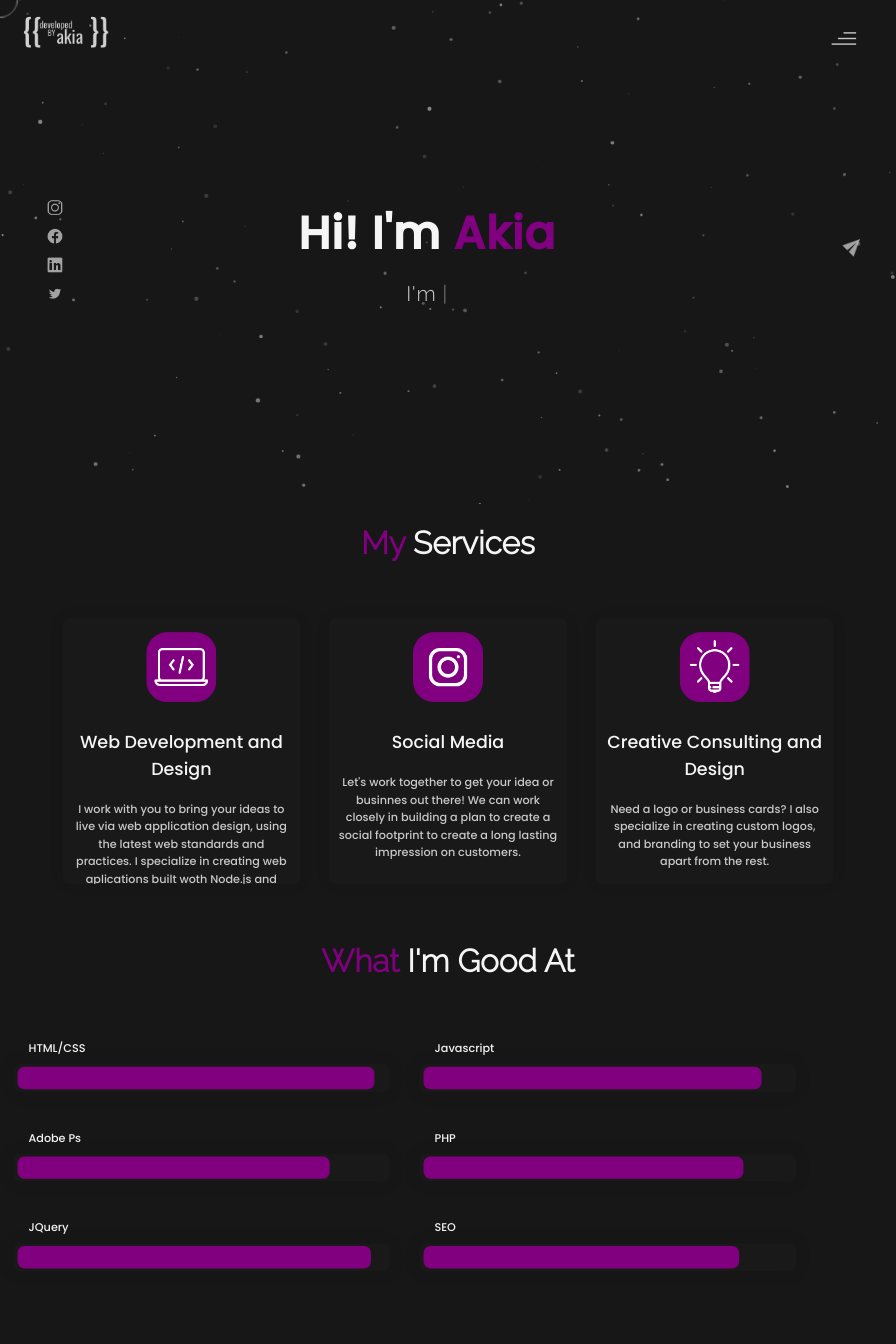
Repository: akiachenise/akiachenise.github.io
Page: index.html
These files come from the project's save history. The page is drawn as it stood at one moment and after the next save; the edit follows.
The browser window is 1280 px wide. The pictures show the part of the page from y = 0 to 1920 px (the page is 2717 px tall), at 70% of full size.
Some web libraries are served in a nearby version.

Above is the page before, as saved 2023-06-06 09:06:18.
Console error (its wording comes from the project's code and is left out).

After the next save:
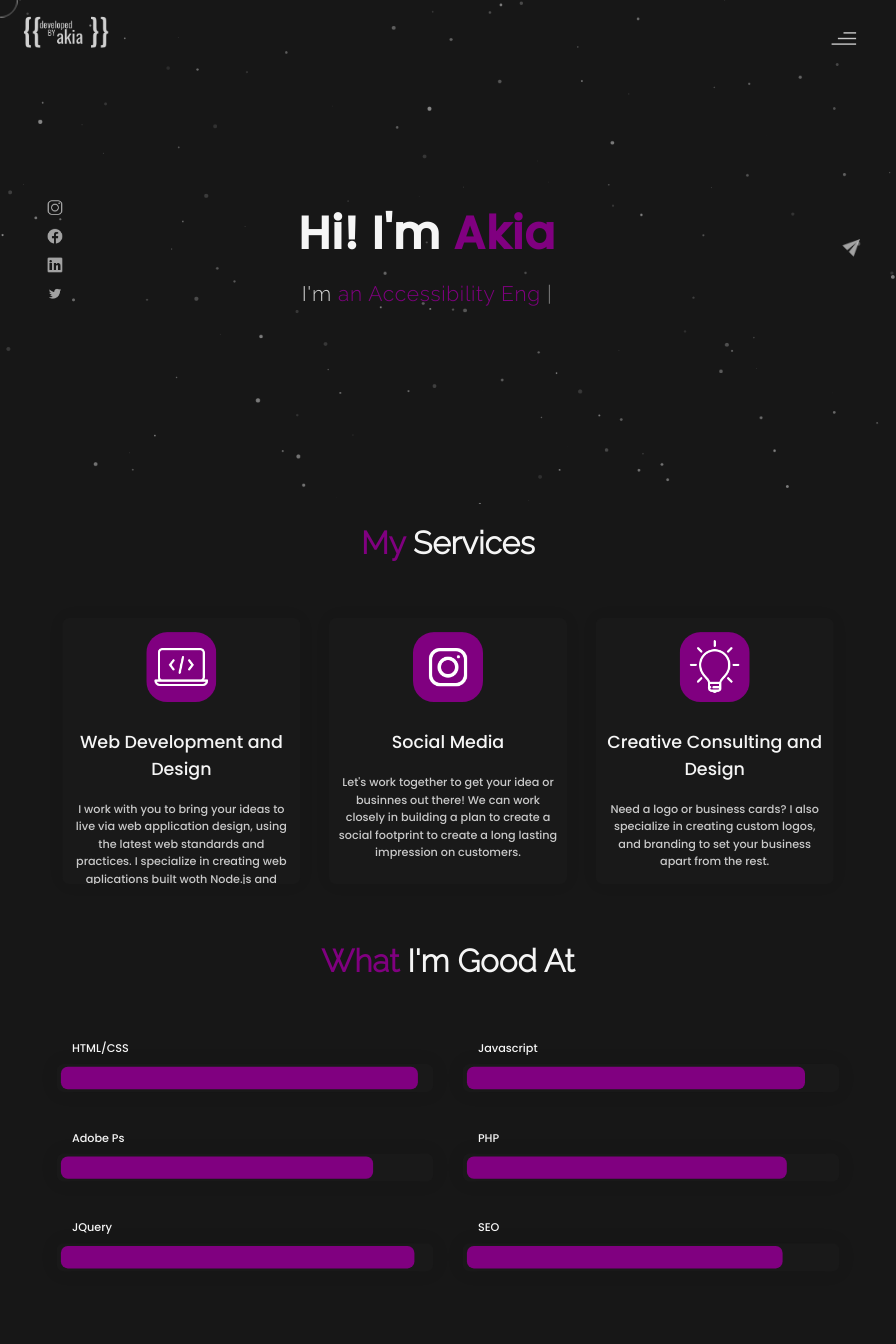
The error is gone.
Saved 25 min 11 s later.
--- a/index.html
+++ b/index.html
@@ -80,7 +80,8 @@
                 <div class="firstline">Hi! I'm <span class="color">Akia</span></div>
                 <div class="secondline">
                 I'm
-            <span class="txt-rotate color" data-period="1200"data-rotate='[ " an accessibility engineer " , " a full stack web developer " , " passionate about mindful web development for a better online experience."" ]'></span>
+            <span class="txt-rotate color" data-period="1200"data-rotate='[ " an Accessibility Engineer", " a Full Stack Developer", "passionate about Mindful Web Development"]'></span>
+
             <span class="slash">|</span>
         </div>
                     <div class="contact">
@@ -172,7 +173,7 @@
                 <div class="skills-header">
                     <span class="color"> What  </span> I'm Good At
                 </div>
-                <div class="skills-content">
+                <div class="skills-content " style="text-align: center;">
                     <div class="skill-html skill">
                         <div class="skill-text">
                     <div class="html">
